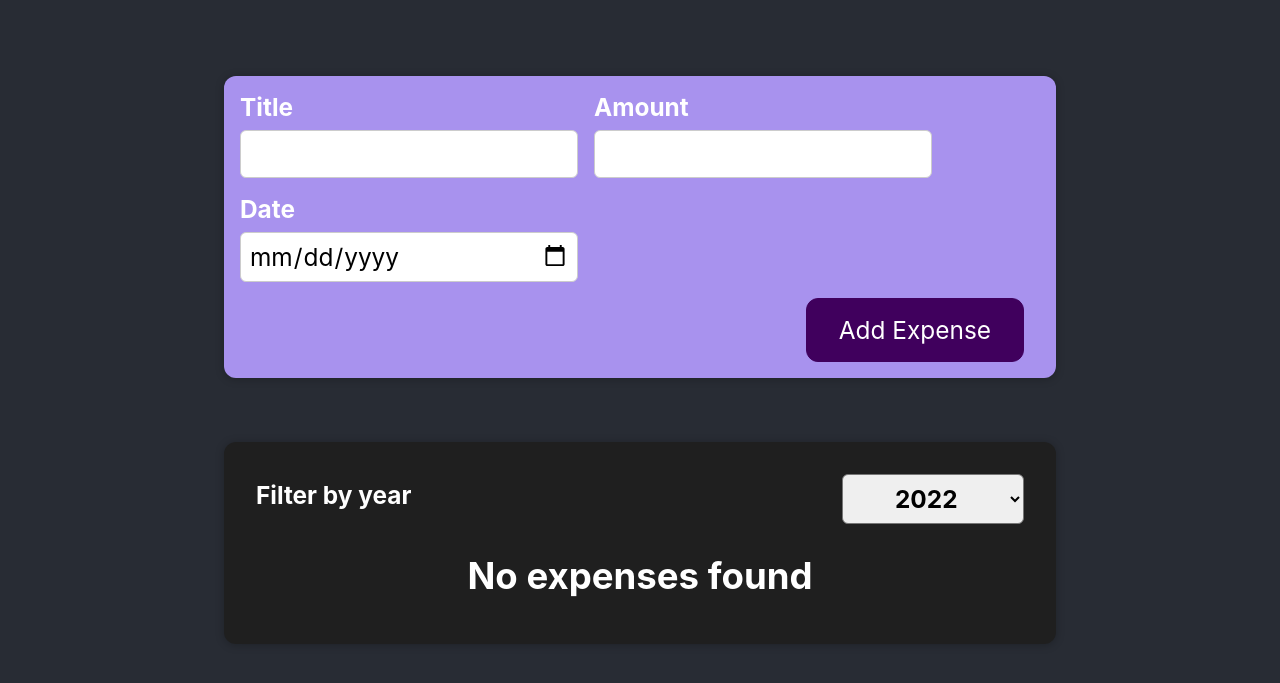
Repository: pakiam/react-demo-1
Page: /
The author's editor kept a copy of each file at every save. The page is drawn from the files as they stood at one save, then again after the next save.
The browser window is 1280 px wide. The pictures show the whole page.
The project was rebuilt for these pictures with package versions that can differ from the ones it lists, and the page was loaded fresh each time. Also part of the build but not shown: src/components/Expenses/ExpenseDate.css, src/components/Expenses/ExpenseDate.js, src/components/Expenses/ExpenseItem.css, src/components/Expenses/ExpenseItem.js.

Above is the page before, as saved 2022-03-08 15:26:30.

### src/App.js
import React, { useState } from 'react';

import './App.css';
import Expenses from './components/Expenses/Expenses';
import NewExpense from './components/NewExpense/NewExpense'

const DUMMY_EXPENSES = [
  {
    id: 'e1',
    title: 'Toilet Paper',
    amount: 94.12,
    date: new Date(2020, 7, 14),
  },
  { id: 'e2', title: 'New TV', amount: 799.49, date: new Date(2021, 2, 12) },
  {
    id: 'e3',
    title: 'Car Insurance',
    amount: 294.67,
    date: new Date(2021, 2, 28),
  },
  {
    id: 'e4',
    title: 'New Desk (Wooden)',
    amount: 450,
    date: new Date(2021, 5, 12),
  },
];

function App() {
  const [expenses, setExpenses] = useState(DUMMY_EXPENSES)

  function onAddExpense (expense) {
    console.log(expense)
    setExpenses((prevState) => {
      return [expense, ...prevState]
    })
  }

  return (
    <div className="App">
      <header className="App-header">
        <NewExpense onAddExpense={onAddExpense}/>
        <Expenses items={expenses}/>
      </header>
    </div>
  );
}

export default App;

### src/components/Expenses/Expenses.js
import React, { useState } from 'react';

import './Expenses.css'
import ExpensesFilter from './ExpensesFilter'
import Card from '../UI/Card'
import ExpensesList from './ExpensesList';

function Expenses(props) {
  const [filteredYear, setFilteredYear] = useState(new Date().getFullYear().toString())
  // const [localItems, setLocalItems] = useState(props.items)

  const filteredExpenses = props.items.filter(item => {
    return new Date(item.date).getFullYear().toString() === filteredYear
  })



  function onChangeFilter (selectedYear) {
    setFilteredYear(selectedYear)
    // if (!selectedYear) return setLocalItems(props.items)
    // const filteredExpenses = props.items.filter(item => {
    //   return new Date(item.date).getFullYear().toString() === selectedYear
    // })
    // setLocalItems(filteredExpenses)
  }

  return (
    <Card className="expenses">
      <ExpensesFilter value={filteredYear} onChangeFilter={onChangeFilter}/>
      <ExpensesList items={filteredExpenses}/>
    </Card>
  )
}

export default Expenses;

### src/components/NewExpense/NewExpense.js
import NewExpenseForm from './NewExpenseForm.js'
import './NewExpense.css'

function NewExpense (props) {
  function onSaveExpenseData (expenseData) {
    const obj = {...expenseData, id: Math.random().toString()}
    console.log(obj)
    props.onAddExpense(obj)
  }

  return (
    <div className='new-expense'>
      <NewExpenseForm onSaveExpenseData={onSaveExpenseData}/>
    </div>
  )
}

export default NewExpense

### src/components/Expenses/ExpensesFilter.js
import './ExpensesFilter.css';

function ExpensesFilter (props) {
  function onSelectYear (event) {
    props.onChangeFilter(event.target.value)
  }

  return (
    <div className='expenses-filter'>
      <div className='expenses-filter__control'>
        <label>Filter by year</label>
        <select value={props.value} onChange={onSelectYear}>
          <option value='2022'>2022</option>
          <option value='2021'>2021</option>
          <option value='2020'>2020</option>
          <option value='2019'>2019</option>
        </select>
      </div>
    </div>
  );
};

export default ExpensesFilter;

### src/components/UI/Card.js
import './Card.css'

function Card(props) {
  const classes = `card ${props.className}`
  return <div className={classes}>{props.children}</div>
}

export default Card;

### src/components/Expenses/ExpensesList.js
import './ExpensesList.css'
import ExpenseItem from './ExpenseItem'

function ExpensesList (props) {
  if (props.items.length === 0) {
    return <h2 className='expenses-list__fallback'>No expenses found</h2>
  }

  return (<ul className='expenses-list'>
    {props.items.map(expense => <ExpenseItem key={expense.id} title={expense.title} amount={expense.amount} date={expense.date} />)}
  </ul>)
}

export default ExpensesList

### src/components/NewExpense/NewExpenseForm.js
import React, {useState} from 'react'

import './NewExpenseForm.css'

function NewExpenseForm (props) {
  // const [title, setTitle] = useState('')
  // const [amount, setAmount] = useState('')
  // const [date, setDate] = useState('')
  const [form, setForm] = useState({
    title: '',
    amount: '',
    date: '',
  })

  function onTitleChange (event) {
    // setTitle(event.target.value)
    setForm((prevState) => {
      return {...prevState, title: event.target.value}
    })
  }

  function onAmountChange (event) {
    // setAmount(event.target.value)
    setForm((prevState) => {
      return {...prevState, amount: event.target.value}
    })
  }

  function onDateChange (event) {
    // setDate(event.target.value)
    setForm((prevState) => {
      return {...prevState, date: event.target.value}
    })
  }

  function onFormSubmit (event) {
    event.preventDefault()
    props.onSaveExpenseData(form)
    setForm(() => {
      return {title: '', amount: '', date: ''}
    })
  }

  return (
    <form onSubmit={onFormSubmit}>
      <div className='new-expense__controls'>
        <div className='new-expense__control'>
          <label>Title</label>
          <input type="text" onChange={onTitleChange} value={form.title}/>
        </div>
        <div className='new-expense__control'>
          <label>Amount</label>
          <input type="number" min="0.01" step="0.01" onChange={onAmountChange} value={form.amount}/>
        </div>
        <div className='new-expense__control'>
          <label>Date</label>
          <input type="date" min="2019-01-01" max="2022-12-31" onChange={onDateChange} value={form.date}/>
        </div>
      </div>
      <div className='new-expense__actions'>
        <button type="submit">Add Expense</button>
      </div>
      <div>{form.title} {form.amount} {form.date}</div>
    </form>
  )
}

export default NewExpenseForm

### src/components/NewExpense/NewExpense.css
.new-expense {
  background-color: #a892ee;
  padding: 1rem;
  margin: 2rem auto;
  width: 50rem;
  max-width: 95%;
  border-radius: 12px;
  text-align: center;
  box-shadow: 0 1px 8px rgba(0, 0, 0, 0.25);
}

.new-expense button {
  font: inherit;
  cursor: pointer;
  padding: 1rem 2rem;
  border: 1px solid #40005d;
  background-color: #40005d;
  color: white;
  border-radius: 12px;
  margin-right: 1rem;
}

.new-expense button:hover,
.new-expense button:active {
  background-color: #510674;
  border-color: #510674;
}

.new-expense button.alternative {
  color: #220131;
  border-color: transparent;
  background-color: transparent;
}

.new-expense button.alternative:hover,
.new-expense button.alternative:active {
  background-color: #ddb3f8;
}

Loaded but not shown: public/index.html (common file); src/index.js (common file); src/index.css (common file); src/reportWebVitals.js (common file); src/App.css (common file); src/components/Expenses/Expenses.css (common file); src/components/Expenses/ExpensesFilter.css (common file); src/components/UI/Card.css (common file); src/components/Expenses/ExpensesList.css (common file); src/components/NewExpense/NewExpenseForm.css (common file)

After the next save:
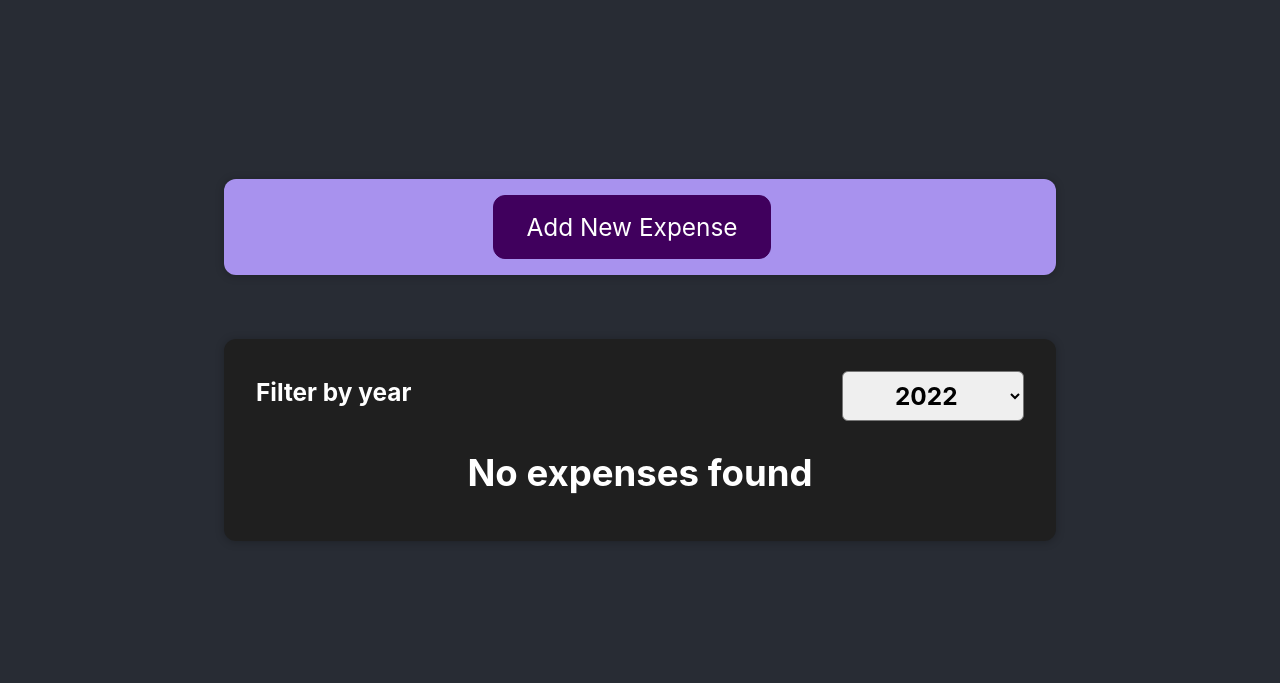
Saved 14 min 8 s later.
--- a/src/components/NewExpense/NewExpense.js
+++ b/src/components/NewExpense/NewExpense.js
@@ -1,16 +1,27 @@
+import React, { useState } from 'react'
 import NewExpenseForm from './NewExpenseForm.js'
 import './NewExpense.css'
 
 function NewExpense (props) {
+  const [showForm, setShowForm] = useState(false)
+
   function onSaveExpenseData (expenseData) {
     const obj = {...expenseData, id: Math.random().toString()}
     console.log(obj)
     props.onAddExpense(obj)
   }
 
+  function onShowForm () {
+    setShowForm(true)
+  }
+
+  function onFormCancel () {
+    setShowForm(false)
+  }
+
   return (
     <div className='new-expense'>
-      <NewExpenseForm onSaveExpenseData={onSaveExpenseData}/>
+      {showForm ? <NewExpenseForm onFormCancel={onFormCancel} onSaveExpenseData={onSaveExpenseData}/> : <button type='button' onClick={onShowForm}>Add New Expense</button> }
     </div>
   )
 }
